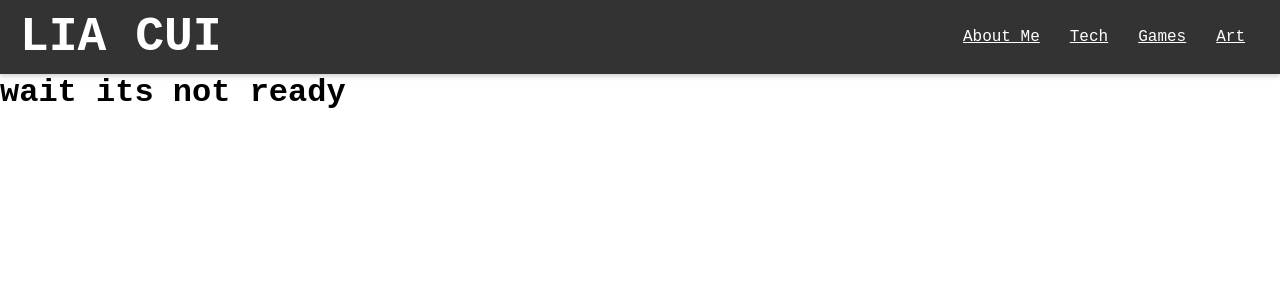
Repository: ljcui1/Lia-Cui-Portfolio
Page: index.html
The author's editor kept a copy of each file at every save. The page is drawn from the files as they stood at one save, then again after the next save.
The browser window is 1280 px wide. The pictures show the whole page.
The pointer rests on the first visible `nav ul li a`.

Above is the page before, as saved 2026-01-15 11:35:52.

### index.html
<!DOCTYPE html>
<html lang="en">
<head>
    <meta charset="UTF-8">
    <meta name="viewport" content="width=device-width, initial-scale=1.0">
    <title>Lia Cui's Portfolio</title>
    <link rel="stylesheet" href="style.css">

    <!--source pro code font-->
    <style>
    @import url('https://fonts.googleapis.com/css2?family=Source+Code+Pro:ital,wght@0,200..900;1,200..900&display=swap');
    </style>
</head>
<body>
    <header>
        <div id="logo">
            <h1>
                LIA CUI
            </h1>
        </div>
        <nav>
            <ul>
                <li><a href="index.html" class="currPage">About Me</a></li>
                <li><a href="subpages/tech_index.html">Tech</a></li>
                <li><a href="subpages/games_index.html">Games</a></li>
                <li><a href="subpages/art_index.html">Art</a></li>
            </ul>
        </nav>
    </header>
    <h1>wait its not ready</h1>
</body>
</html>

### style.css
@import url('https://fonts.googleapis.com/css2?family=Source+Code+Pro:ital,wght@0,200..900;1,200..900&display=swap');

.source-code-pro- {
  font-family: "Source Code Pro", monospace;
  font-optical-sizing: auto;
  font-weight: 10;
  font-style: normal;
}

* {
    margin: 0;
    padding: 0;
    box-sizing: border-box;
    /*set background color*/
}

body {
    font-family: 'Source Pro Code', monospace;
}

/*header styling*/
header {
    /*temp colors*/
    background-color: #333;
    color: white;
    padding: 10px 0;
    display: flex;
    justify-content: space-between;
    align-items: center;
    box-shadow: 0 2px 5px rgba(0, 0, 0, 0.2);
}

#logo {
    padding-left: 20px;
    font-size: 1.5em;
    font-weight: bold;
}

/*navbar styling*/
nav ul { /*specifically styling the unordered list in the navbar*/
    list-style-type: none; /*removes bullet points + other styling*/
    display: flex; /*flexboxes allow for horizontal display*/
    padding-right: 20px;
}

nav ul li a { /*specifically styling the unordered list item links in the navbar*/
    color: white;
    padding: 10px 15px;
    display: block; /*makes entire padding area clickable to corresponding link*/
    transition: background-color 0.3s;
}

After the next save:
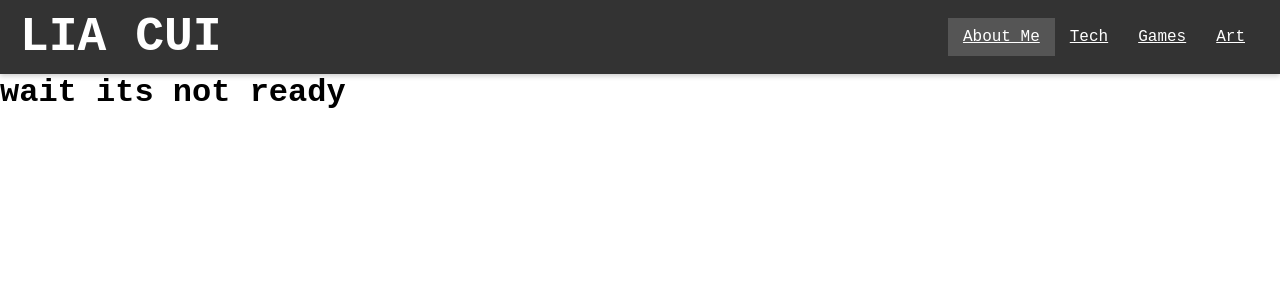
Saved 44 s later.
--- a/style.css
+++ b/style.css
@@ -49,3 +49,7 @@
     display: block; /*makes entire padding area clickable to corresponding link*/
     transition: background-color 0.3s;
 }
+
+nav ul li a:hover { /*specifically styling the hover state of the unordered list item links in the navbar*/
+    background-color: #555;
+}
